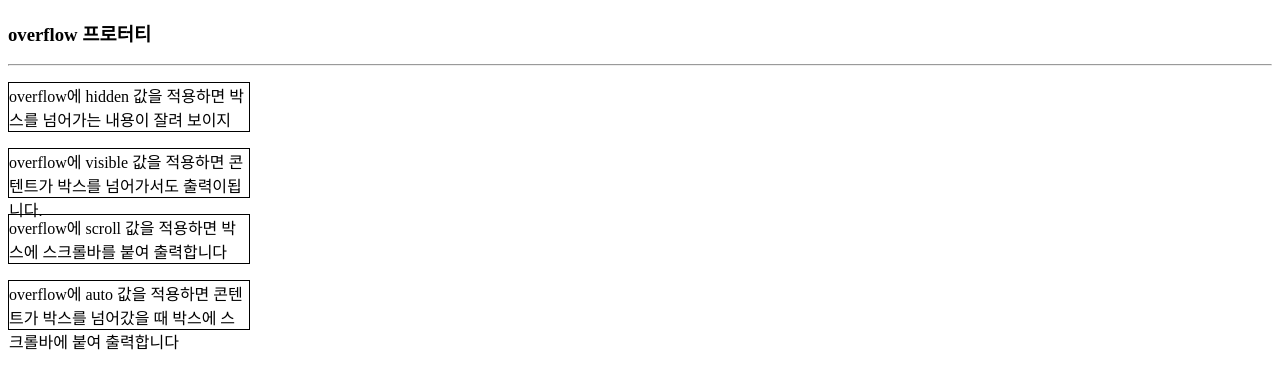
Repository: Gmajorlist/HTML
Page: css/src/main/webapp/05_cssPositioning/exam9.html
The author's editor kept a copy of each file at every save. The page is drawn from the files as they stood at one save, then again after the next save.
The browser window is 1280 px wide. The pictures show the whole page.

Above is the page before, as saved 2023-03-16 02:43:41.

### css/src/main/webapp/05_cssPositioning/exam9.html
<!DOCTYPE html>
<html>
<head>
<meta charset="UTF-8">
<title>Insert title here</title>
<style type="text/css">
p{
	width:15em;
	height: 3em;
	border: 1px solid black;

}
.hidden{ overflow: hidden;}
.visible{ overflow: visible;}
.scroll{ overflow: scroll;}
</style>
</head>
<body>
<h3>overflow 프로터티</h3>
<hr>

<p class="hidden"> overflow에 hidden 값을 적용하면 박스를 넘어가는 내용이 잘려 보이지 않습니다 </p>
<p class="visible">overflow에 visible 값을 적용하면 콘텐트가 박스를 넘어가서도 출력이됩니다.</p>
<p class="scroll"> overflow에 scroll 값을 적용하면 박스에 스크롤바를 붙여 출력합니다</p>
<p class="auto"> overflow에 auto 값을 적용하면 콘텐트가 박스를 넘어갔을 때 박스에 스크롤바에 붙여 출력합니다</p><br>


</body>
</html>

After the next save:
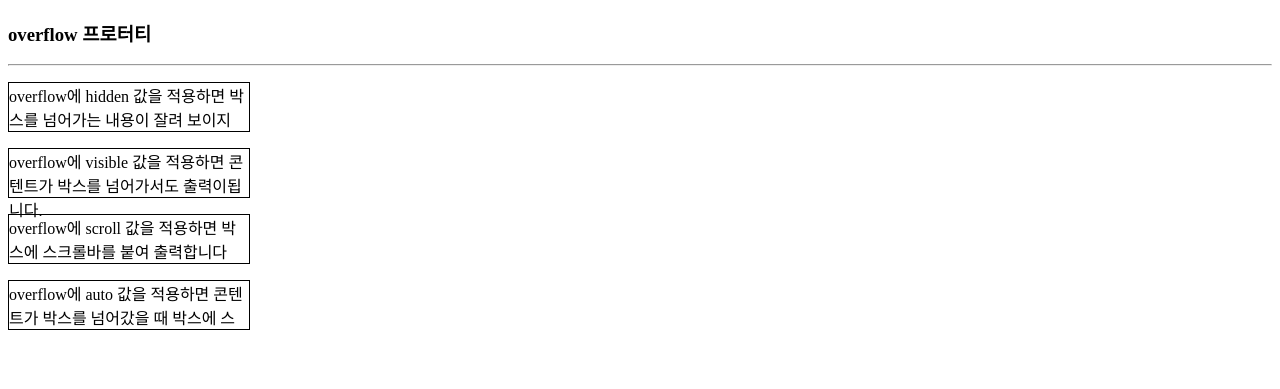
Saved 17 s later.
--- a/css/src/main/webapp/05_cssPositioning/exam9.html
+++ b/css/src/main/webapp/05_cssPositioning/exam9.html
@@ -13,6 +13,7 @@ p{
 .hidden{ overflow: hidden;}
 .visible{ overflow: visible;}
 .scroll{ overflow: scroll;}
+.auto{ overflow: auto;}
 </style>
 </head>
 <body>
